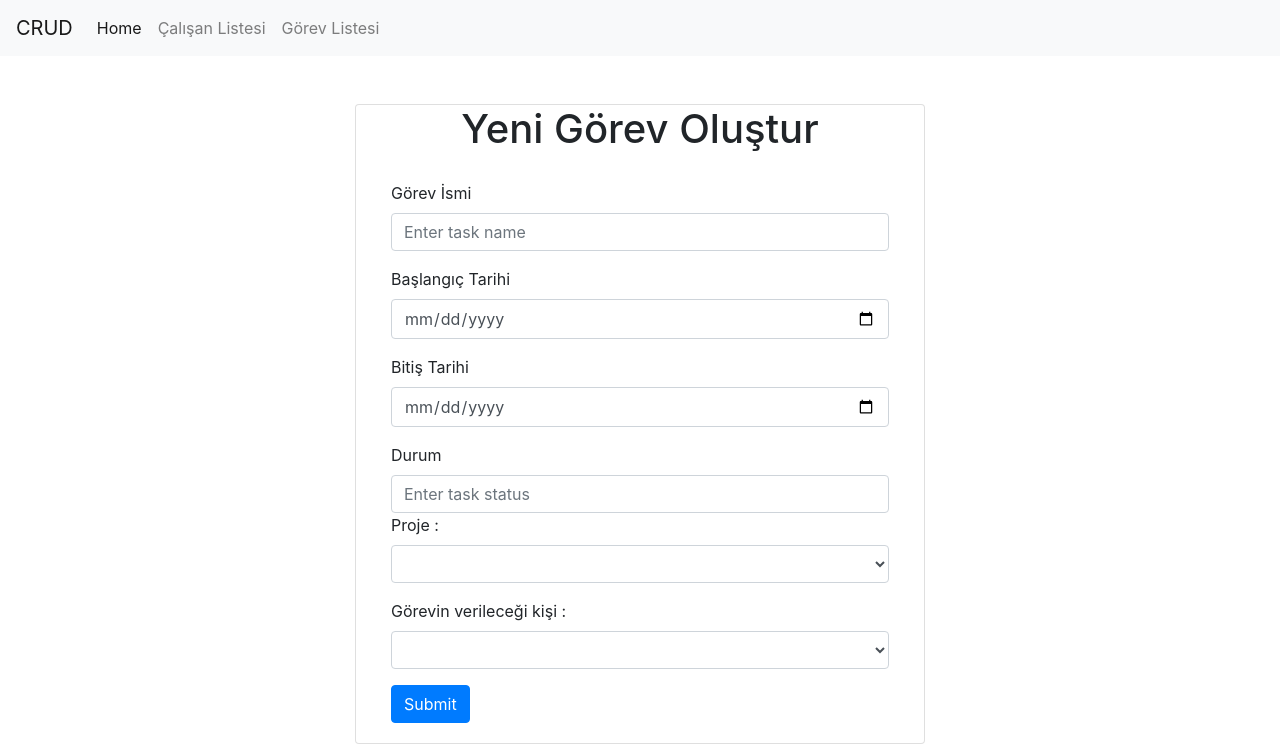
Repository: AhmetOzgul/veri_Taban-_proje
Page: http://localhost/create_task
The author's editor kept a copy of each file at every save. The page is drawn from the files as they stood at one save, then again after the next save.
The browser window is 1280 px wide. The pictures show the whole page.
The page is this project's Thymeleaf template; nobody is signed in. The template is opened directly, without the code that normally fills it, so the values that code supplies are empty.

Above is the page before, as saved 2024-01-18 10:58:49.

After the next save:
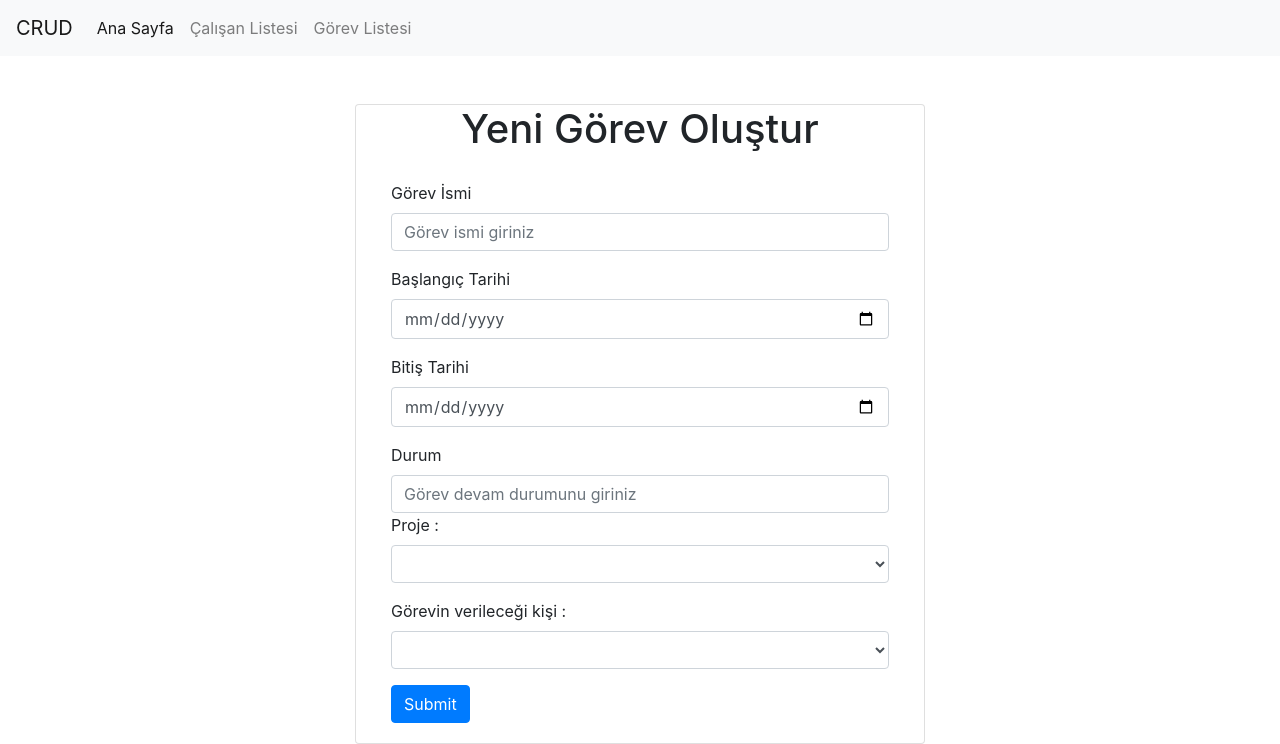
Saved 78 s later.
--- a/vtys2/vtys/src/main/resources/templates/create_task.html
+++ b/vtys2/vtys/src/main/resources/templates/create_task.html
@@ -15,7 +15,7 @@
 		<div class="collapse navbar-collapse" id="navbarNav">
 		  <ul class="navbar-nav">
 			<li class="nav-item active">
-			  <a class="nav-link" href="/">Home<span class="sr-only">(current)</span></a>
+			  <a class="nav-link" href="/">Ana Sayfa<span class="sr-only">(current)</span></a>
 			</li>
 			<li class="nav-item">
 			  <a class="nav-link" href="/users">Çalışan Listesi</a>
@@ -43,7 +43,7 @@
 							name="taskName"
 							th:field="*{taskName}"
 							class="form-control"
-							placeholder="Enter task name "
+							placeholder="Görev ismi giriniz"
 							/>
 						</div>
 						<div class="form-group">
@@ -53,7 +53,7 @@
 							name="startDate"
 							th:field="*{startDate}"
 							class="form-control"
-							placeholder="Enter start date"
+							placeholder="Görevin başlangıç tarihini giriniz"
 							/>
 						</div>
 						<div class="form-group">
@@ -63,7 +63,7 @@
 							name="endDate"
 							th:field="*{endDate}"
 							class="form-control"
-							placeholder="Enter end date "
+							placeholder="Görevin bitiş tarihini giriniz "
 							/>
 						</div>
 
@@ -74,7 +74,7 @@
 							name="state"
 							th:field="*{state}"
 							class="form-control"
-							placeholder="Enter task status "
+							placeholder="Görev devam durumunu giriniz "
 							/>
 
 							<div class="form-group">
